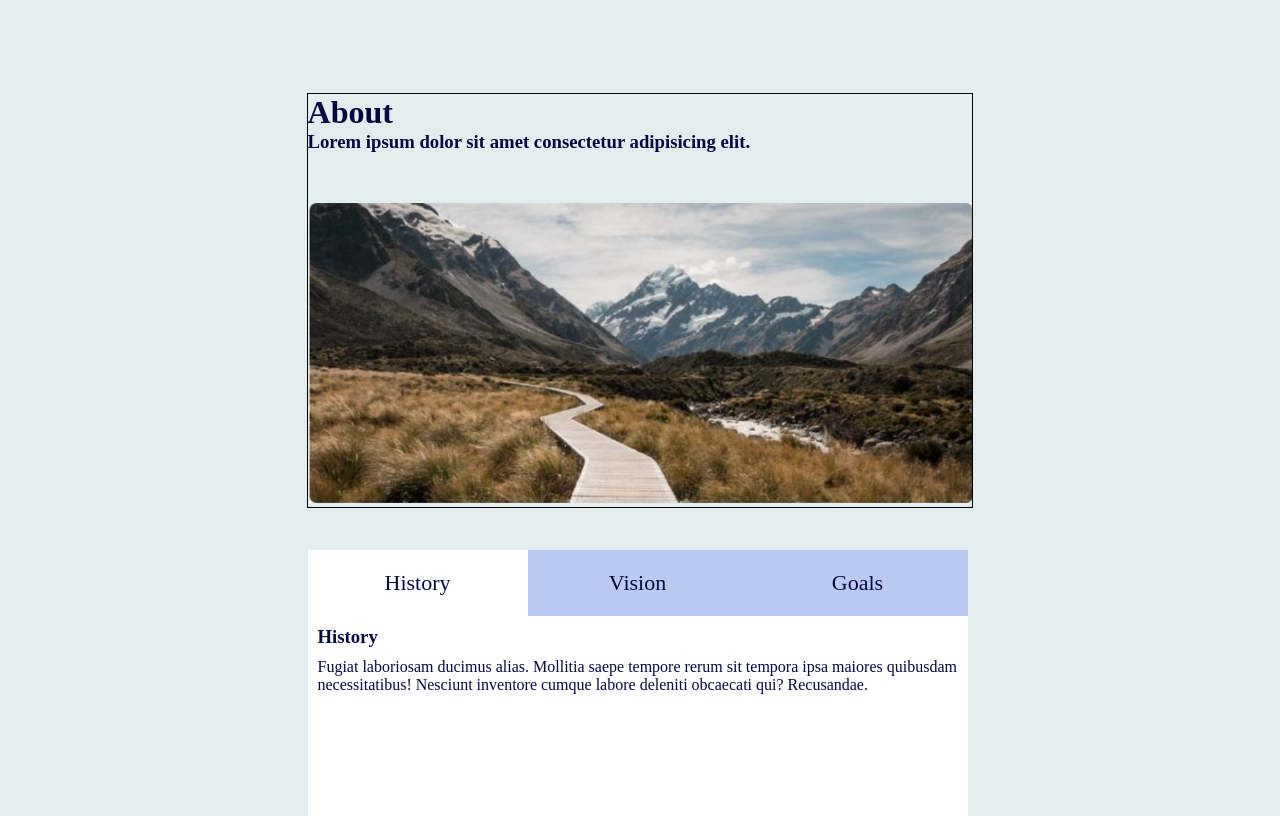
Repository: Sarah7223/internet-programming-tp
Page: TP4/TP04.1.html
An editor plug-in stored every save of this project. The page is shown before and after the next save, followed by the edit.
The browser window is 1280 px wide. The pictures show the whole page.

Above is the page before, as saved 2023-02-03 02:35:47.

After the next save:
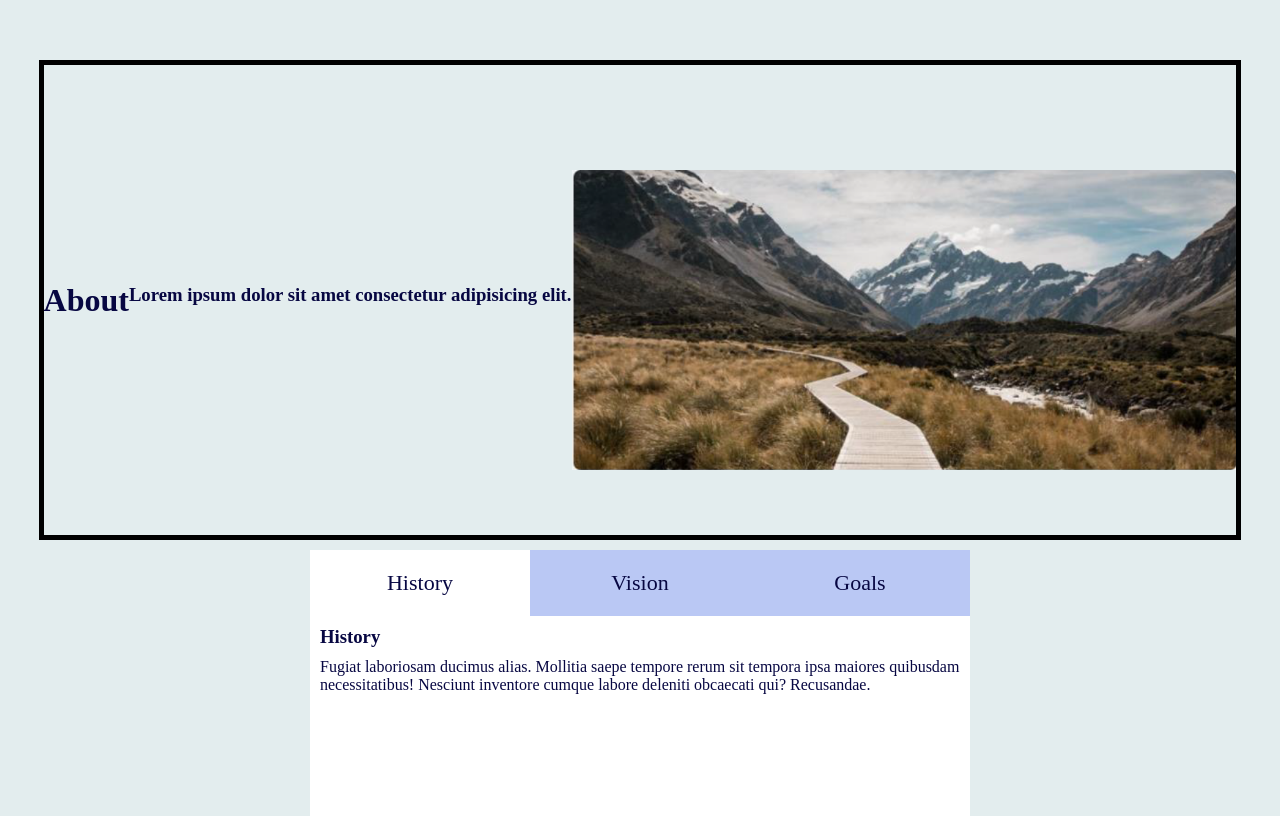
Saved 32 s later.
--- a/TP4/TP04.1.html
+++ b/TP4/TP04.1.html
@@ -74,7 +74,12 @@
                 color: rgb(7, 7, 66);
             }
             .rectangle{
-                border: solid 1px black;
+                display: flex;
+                justify-content: center;
+                align-items: center;
+                border: solid 5px black;
+                height: 80%;
+                height: 80%;
             }
         </style>
     </head>
